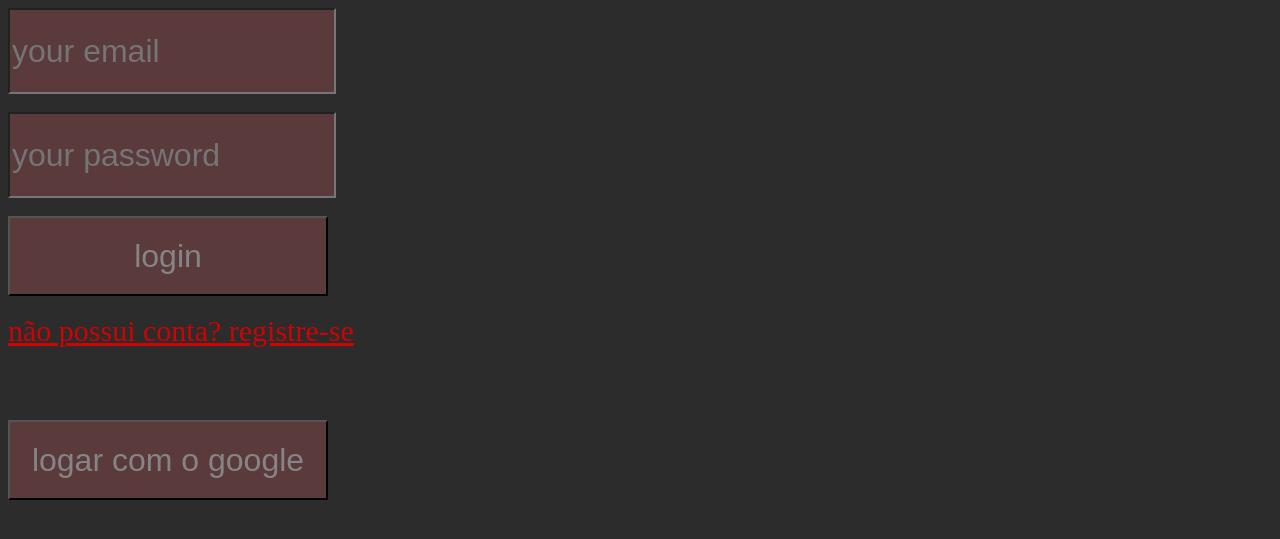
Repository: Vinicius-Borges7/NMLS
Page: frontend/pages/index.html
These files come from the project's save history. The page is drawn as it stood at one moment and after the next save; the edit follows.
The browser window is 1280 px wide. The pictures show the whole page.

Above is the page before, as saved 2023-05-22 14:53:38.

### frontend/pages/index.html
<!DOCTYPE html>
<html lang="en">
<head>
    <meta charset="UTF-8">
    <meta http-equiv="X-UA-Compatible" content="IE=edge">
    <meta name="viewport" content="width=device-width, initial-scale=1.0">
    <title>login</title>

    <link href="../styles/index.css" rel="stylesheet"/>
    <script src="../scripts/index.js" async></script>
</head>
<body>
    <section>
        <input name="email" id="iptEmail" placeholder="your email" required/><br/><br/>
        <input name="password" id="iptPassword" placeholder="your password" required/><br/><br/>
        <button onclick="login()">login</button><br/><br/>
    </section>

    <section>
        <a href="file:///C:/Users/if4health/Desktop/LoginSystem/frontend/pages/register.html">não possui conta? registre-se</a>
        <br/><br/><br/><br/><br/>
    </section>

    <section>
        <button>logar com o google</button>
    </section>
</body>
</html>

### frontend/styles/index.css
body{
    background-color: rgb(44, 44, 44);
}

input{
    background-color: rgb(90, 58, 58);
    width: 20rem;
    height: 5rem;
    font-size: 2rem;

    color: rgb(206, 3, 3);
}

button{
    background-color: rgb(90, 58, 58);
    width: 20rem;
    height: 5rem;
    font-size: 2rem;

    color: rgb(133, 133, 133);
}

a{
    color: rgb(206, 3, 3);
    font-size: 30px;
}

### frontend/scripts/index.js
async function login() {
    const email = document.querySelector('#iptEmail').value;
    const password = document.querySelector('#iptPassword').value;

    const body = {
      email: email,
      password: password
    };

    try {
      const response = await fetch('http://localhost:8080/user/login', {
        method: 'POST',
        headers: {
          'Content-Type': 'application/json'
        },
        body: JSON.stringify(body)
      });

      let data = await response.json();

      if(response.status === 200){
        console.log(data.token);
      }

      if (response.status === 401) {
        throw new Error('Credenciais inválidas');
      }

      if (!response.ok) {
        throw new Error('Erro na requisição');
      }

    } catch (error) {
      console.error(error);
        window.alert("senha incorreta")
    }
  }

After the next save:
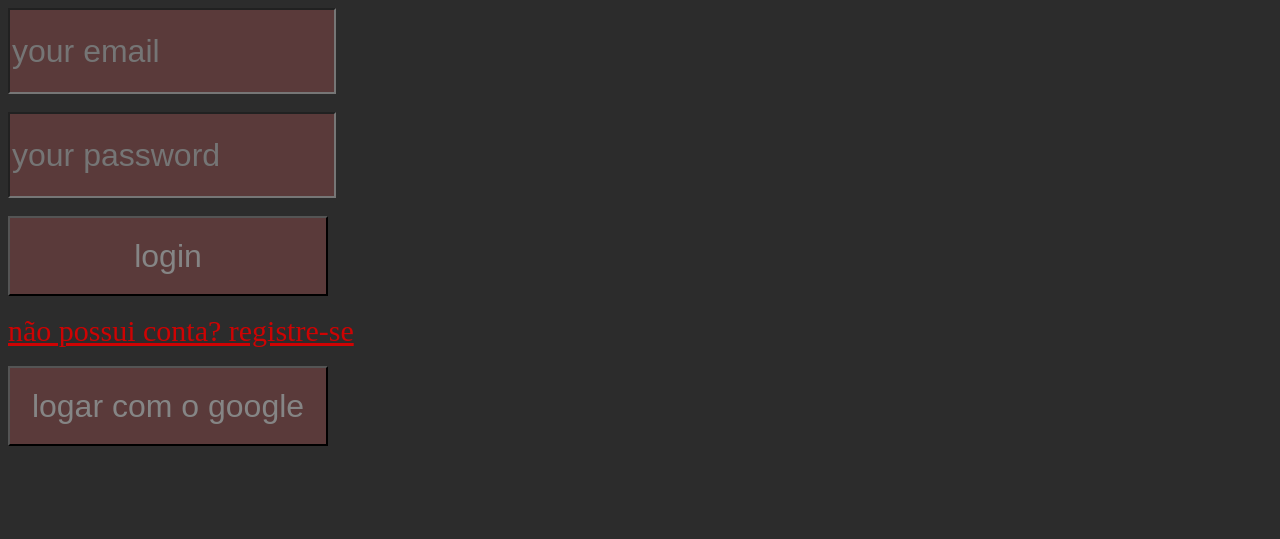
Saved 6 s later.
--- a/frontend/pages/index.html
+++ b/frontend/pages/index.html
@@ -18,7 +18,7 @@
 
     <section>
         <a href="file:///C:/Users/if4health/Desktop/LoginSystem/frontend/pages/register.html">não possui conta? registre-se</a>
-        <br/><br/><br/><br/><br/>
+        <br/><br/>
     </section>
 
     <section>
